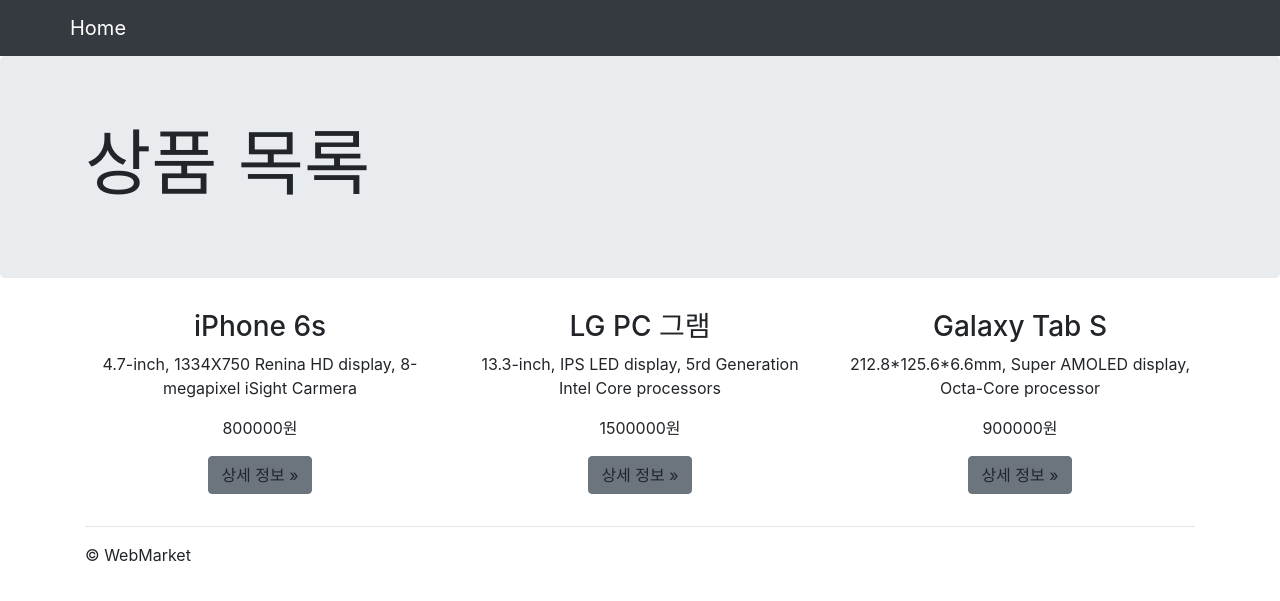
Repository: lhj257/jspwrokspace
Page: http://localhost/WebMarket/products.jsp
These files come from the project's save history. The page is drawn as it stood at one moment and after the next save; the edit follows.
The browser window is 1280 px wide. The pictures show the whole page.
The page is served by Tomcat 9. Nobody is signed in. The application's start-up code is not run.

Above is the page before, as saved 2023-08-25 01:40:45.

After the next save:
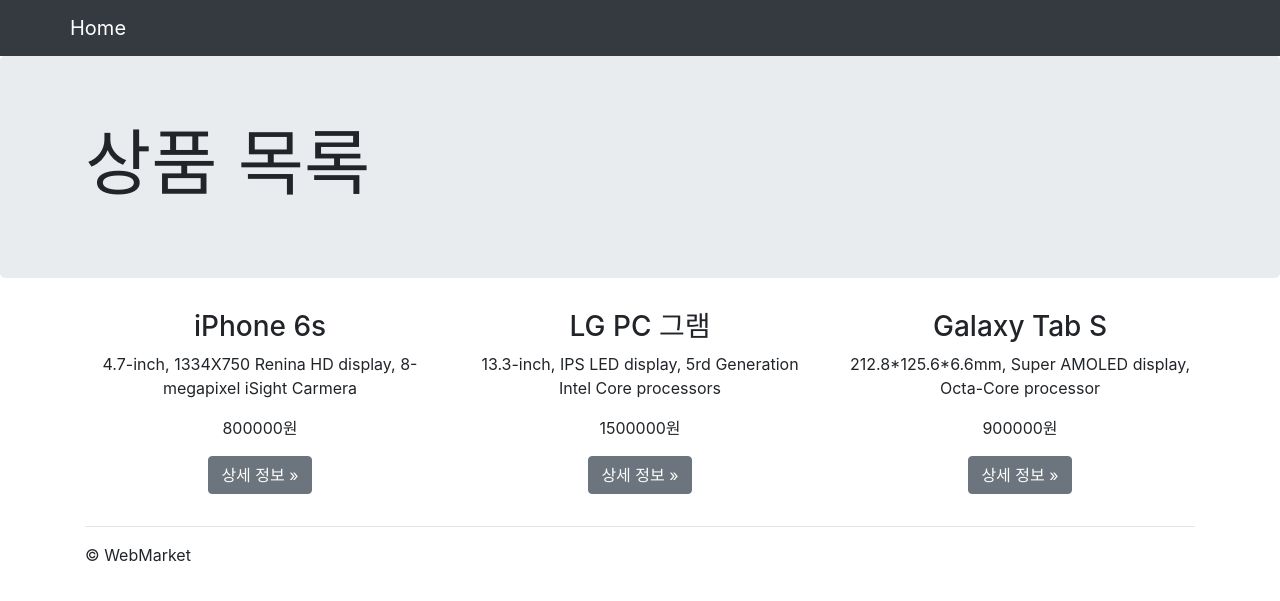
Saved 3 min 34 s later.
--- a/WebMarket/src/main/webapp/products.jsp
+++ b/WebMarket/src/main/webapp/products.jsp
@@ -35,7 +35,7 @@
 				<p><%=product.getDescription()%>
 				<p><%=product.getUnitPrice()%>원
 				<p>
-					<a heref="./product.jsp?id=<%=product.getProductId()%>"
+					<a href="./product.jsp?id=<%=product.getProductId()%>"
 						class="btn btn-secondary" role="button">상세 정보 &raquo;</a>
 			</div>
 			<%
